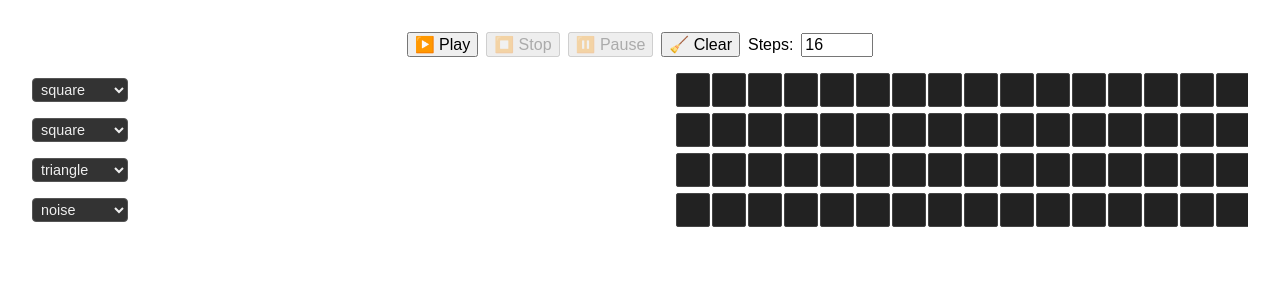
Repository: Aldentec/8-bit-Composer
Page: index.html
The author's editor kept a copy of each file at every save. The page is drawn from the files as they stood at one save, then again after the next save.
The browser window is 1280 px wide. The pictures show the whole page.
Some web libraries are served in a nearby version.

Above is the page before, as saved 2025-05-28 09:01:15.

### index.html
<!DOCTYPE html>
<html lang="en">
<head>
  <meta charset="UTF-8">
  <title>Modular 8-Bit Sequencer</title>
  <link rel="stylesheet" href="style.css">
</head>
<body>
    <div id="controls">
        <button id="play">▶️ Play</button>
        <button id="stop">⏹️ Stop</button>
        <button id="pause">⏸️ Pause</button>
        <button id="clear">🧹 Clear</button>

        <label for="steps-input">Steps:</label>
        <input id="steps-input" type="number" min="1" value="16" style="width:4rem;">
    </div>


  <div id="grid"></div>

  <!-- Tone.js as global, then our modules -->
  <script src="node_modules/tone/build/Tone.js"></script>
  <script type="module" src="js/main.js"></script>
</body>
</html>

### style.css
body {
  font-family: sans-serif;
  margin: 2rem;
  text-align: center;
}

/* container holds rows vertically and scrolls horizontally */
#grid {
  display: flex;
  flex-direction: column;
  gap: 6px;
  margin-top: 1rem;
  overflow-x: auto;
  padding-bottom: 0.5rem;
}

/* each row: dropdown + cells */
.grid-row {
  display: grid;
  align-items: center;
  gap: 4px;
  /* grid-template-columns is set dynamically inline */
}

/* style the dropdown */
.instrument-select {
  width: 6rem;
  padding: 2px 4px;
  font-size: 0.9rem;
  border: 1px solid #555;
  border-radius: 4px;
  background: #333;
  color: #eee;
}

/* sequencer cells */
.cell {
  width: 2rem;
  height: 2rem;
  background: #222;
  border: 1px solid #444;
  border-radius: 2px;
  cursor: pointer;
  transition: background 0.2s;
}
.cell.active {
  background: #4caf50;
}

/* on hover, highlight potential toggle */
.cell:hover {
  background: #555;
}

/* controls row */
#controls {
  display: flex;
  gap: 0.5rem;
  align-items: center;
  justify-content: center;
  margin-bottom: 1rem;
}
#controls button,
#controls input,
#controls select {
  font-size: 1rem;
}

### js/main.js
import { initGrid, clearGrid }            from './grid.js';
import { createVoices }                   from './voices.js';
import { initSequencer }                  from './sequencer.js';

document.addEventListener('DOMContentLoaded', () => {
  const instrumentNames = ['square','square','triangle','noise'];

  // Control elements
  const playBtn   = document.getElementById('play');
  const pauseBtn  = document.getElementById('pause');
  const stopBtn   = document.getElementById('stop');
  const clearBtn  = document.getElementById('clear');
  const stepsIn   = document.getElementById('steps-input');

  let voices;  // will hold our trigger fns

  // Build or rebuild everything
  function build(steps) {
    // 1) Draw grid
    initGrid('grid', instrumentNames, steps);

    // 2) Build voices
    voices = createVoices();

    // 3) Cancel previous schedules & reset
    Tone.Transport.stop();
    Tone.Transport.cancel();
    Tone.Transport.position = 0;

    // 4) Init sequencer
    initSequencer(voices, /* bpm= */120);

    // 5) Reset button states
    playBtn.disabled = false;
    pauseBtn.disabled = true;
    stopBtn.disabled  = true;
  }

  // Initial build at default steps
  build(Number(stepsIn.value));

  // ▶️ Play: always start from beginning
  playBtn.addEventListener('click', async () => {
    await Tone.start();
    Tone.Transport.stop();
    Tone.Transport.position = 0;
    Tone.Transport.start();

    playBtn.disabled  = true;
    pauseBtn.disabled = false;
    stopBtn.disabled  = false;
  });

  // ⏸️ Pause: freeze at current position
  pauseBtn.addEventListener('click', () => {
    Tone.Transport.pause();

    playBtn.disabled  = false; // allow resume from start
    pauseBtn.disabled = true;
    stopBtn.disabled  = false;
  });

  // ⏹️ Stop: stop & reset to 0
  stopBtn.addEventListener('click', () => {
    Tone.Transport.stop();
    Tone.Transport.position = 0;

    playBtn.disabled  = false;
    pauseBtn.disabled = true;
    stopBtn.disabled  = true;
  });

  // 🧹 Clear: reset grid and playhead
  clearBtn.addEventListener('click', () => {
    clearGrid();
    Tone.Transport.stop();
    Tone.Transport.position = 0;

    playBtn.disabled  = false;
    pauseBtn.disabled = true;
    stopBtn.disabled  = true;
  });

  // 🔢 Steps input: rebuild on change
  stepsIn.addEventListener('change', () => {
    const s = Math.max(1, Number(stepsIn.value) || 1);
    build(s);
  });
});

### js/grid.js
// js/grid.js

// Sequencer dimensions and state (set in initGrid)
export let STEPS    = 16;
export let CHANNELS = 0;
export let gridState = [];

/**
 * Renders a scrollable sequencer grid with a dropdown per row.
 *
 * @param {string} containerId       id of the <div> to fill
 * @param {string[]} instrumentTypes initial instrument type per row
 * @param {number} steps             number of columns
 */
export function initGrid(containerId, instrumentTypes = [], steps = 16) {
  CHANNELS = instrumentTypes.length;
  STEPS    = steps;

  // rebuild the on/off state
  gridState = Array.from(
    { length: CHANNELS },
    () => Array(STEPS).fill(false)
  );

  const container = document.getElementById(containerId);
  container.innerHTML = '';

  instrumentTypes.forEach((initialType, row) => {
    const rowEl = document.createElement('div');
    rowEl.className = 'grid-row';
    // configure columns: dropdown + STEPS cells
    rowEl.style.gridTemplateColumns = `auto repeat(${STEPS}, 2rem)`;

    // 1) Dropdown to select instrument
    const select = document.createElement('select');
    select.className = 'instrument-select';
    ['square','triangle','noise','drum-kick','drum-snare'].forEach(type => {
      const opt = document.createElement('option');
      opt.value = type;
      opt.textContent = type;
      if (type === initialType) opt.selected = true;
      select.append(opt);
    });
    select.addEventListener('change', e => {
      document.dispatchEvent(new CustomEvent('instrumentChanged', {
        detail: { row, type: e.target.value }
      }));
    });
    rowEl.append(select);

    // 2) Sequencer step-cells
    for (let step = 0; step < STEPS; step++) {
      const cell = document.createElement('div');
      cell.className = 'cell';
      cell.dataset.row  = row;
      cell.dataset.step = step;
      cell.addEventListener('click', () => {
        gridState[row][step] = !gridState[row][step];
        cell.classList.toggle('active', gridState[row][step]);
      });
      rowEl.append(cell);
    }

    container.append(rowEl);
  });
}

/**
 * Clears all active steps in both state and UI.
 */
export function clearGrid() {
  gridState.forEach(rowArr => rowArr.fill(false));
  document.querySelectorAll('.cell.active')
          .forEach(cell => cell.classList.remove('active'));
}

### js/voices.js
/**
 * Returns an array of trigger-functions
 * in the same order as your rows.
 */
export function createVoices() {
  const osc1 = new Tone.Oscillator(440, 'square').toDestination();
  const osc2 = new Tone.Oscillator(330, 'square').toDestination();
  const osc3 = new Tone.Oscillator(220, 'triangle').toDestination();
  const noise = new Tone.NoiseSynth({
    noise:    { type: 'white' },
    envelope: { attack: 0.001, decay: 0.2, sustain: 0 }
  }).toDestination();

  return [
    time => { osc1.start(time); osc1.stop(time + 0.1); },
    time => { osc2.start(time); osc2.stop(time + 0.1); },
    time => { osc3.start(time); osc3.stop(time + 0.1); },
    time => { noise.triggerAttackRelease('16n', time); }
  ];
}

### js/sequencer.js
import { STEPS, gridState } from './grid.js';

export function initSequencer(voices, bpm = 120) {
  let cursor = 0;
  Tone.Transport.bpm.value = bpm;

  Tone.Transport.scheduleRepeat((time) => {
    const step = cursor % STEPS;
    voices.forEach((trigger, row) => {
      if (gridState[row][step]) trigger(time);
    });
    cursor++;
  }, '16n');
}

export function bindPlayButton(buttonId) {
  const btn = document.getElementById(buttonId);
  btn.textContent = '▶️ Play';
  btn.addEventListener('click', async () => {
    await Tone.start();
    if (Tone.Transport.state === 'started') {
      Tone.Transport.stop();
      btn.textContent = '▶️ Play';
    } else {
      Tone.Transport.start();
      btn.textContent = '⏸️ Pause';
    }
  });
}

After the next save:
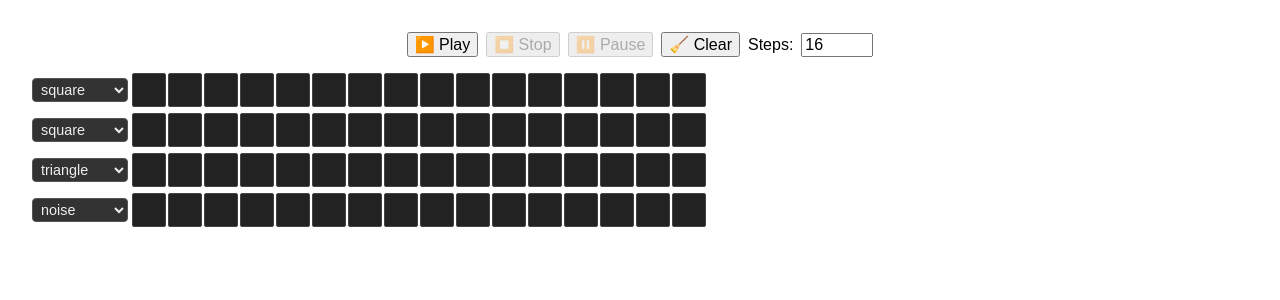
Saved 95 s later.
--- a/style.css
+++ b/style.css
@@ -4,7 +4,9 @@ body {
   text-align: center;
 }
 
-/* container holds rows vertically and scrolls horizontally */
+/* style.css */
+
+/* 1) Don’t center each row in the container — align them to the start */
 #grid {
   display: flex;
   flex-direction: column;
@@ -12,17 +14,23 @@ body {
   margin-top: 1rem;
   overflow-x: auto;
   padding-bottom: 0.5rem;
+
+  /* remove any centering you had here */
+  align-items: flex-start;    /* <-- was 'center', now 'flex-start' */
 }
 
-/* each row: dropdown + cells */
+/* 2) Each row: dropdown + cells in one grid,
+      with a small column gap only between columns */
 .grid-row {
   display: grid;
   align-items: center;
-  gap: 4px;
-  /* grid-template-columns is set dynamically inline */
+  /* first column auto-width (dropdown), then STEPS × 2rem */
+  /* grid-template-columns is still set inline in initGrid() */
+  column-gap: 4px;            /* <-- only 4px between dropdown/cells */
+  /* remove any generic 'gap' here if you still have it */
 }
 
-/* style the dropdown */
+/* 3) Style for the dropdown stays the same, e.g.: */
 .instrument-select {
   width: 6rem;
   padding: 2px 4px;
@@ -33,7 +41,7 @@ body {
   color: #eee;
 }
 
-/* sequencer cells */
+/* 4) Cells also same */
 .cell {
   width: 2rem;
   height: 2rem;
@@ -43,14 +51,8 @@ body {
   cursor: pointer;
   transition: background 0.2s;
 }
-.cell.active {
-  background: #4caf50;
-}
-
-/* on hover, highlight potential toggle */
-.cell:hover {
-  background: #555;
-}
+.cell.active { background: #4caf50; }
+.cell:hover  { background: #555; }
 
 /* controls row */
 #controls {
